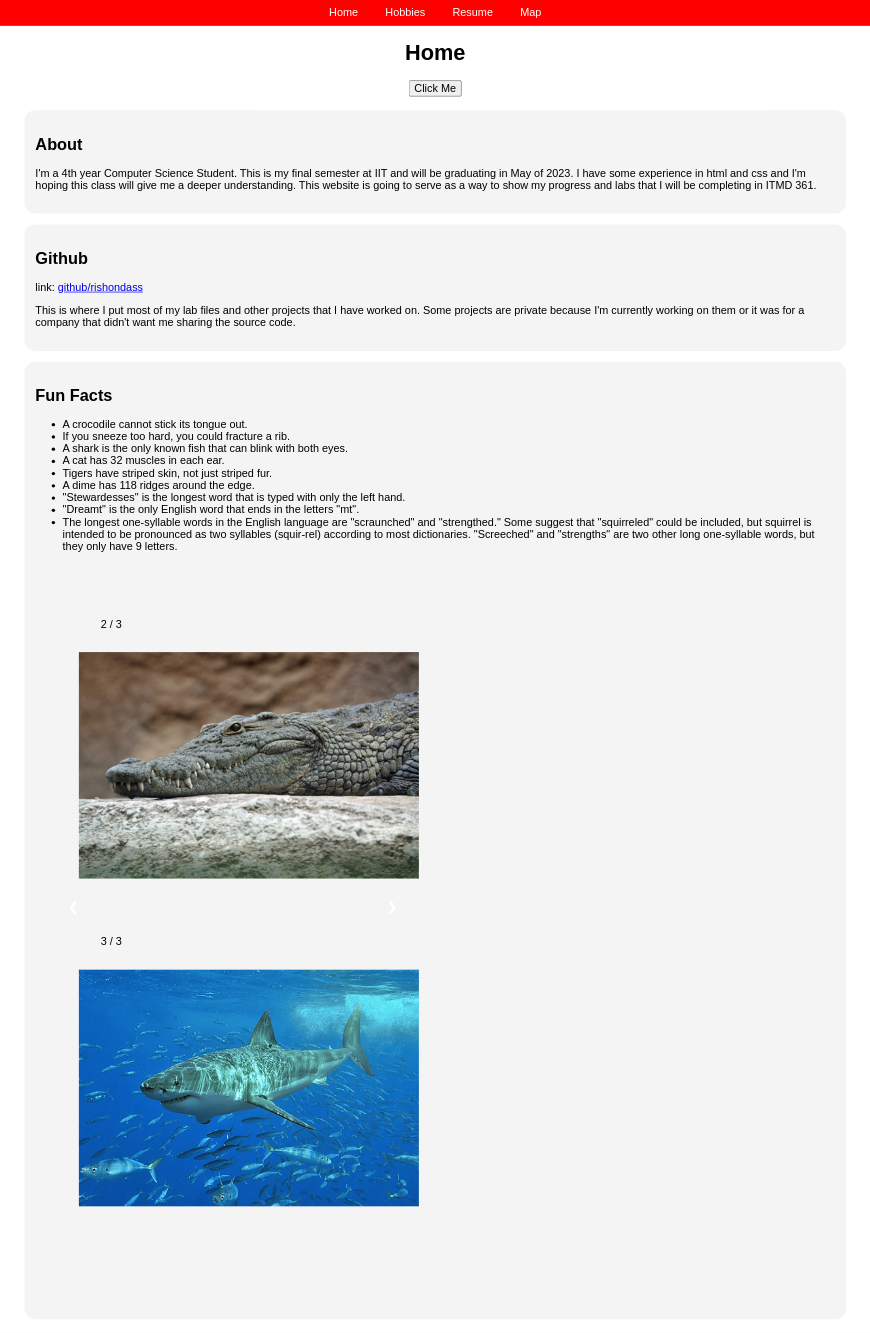
Repository: rishondass/ITMD361-Project3
Page: index.html
These files come from the project's save history. The page is drawn as it stood at one moment and after a run of saves; the edit follows.
The browser window is 1280 px wide. The pictures show the whole page, at 68% of full size.

Above is the page before, as saved 2023-04-28 18:22:37.

After the next 2 saves:
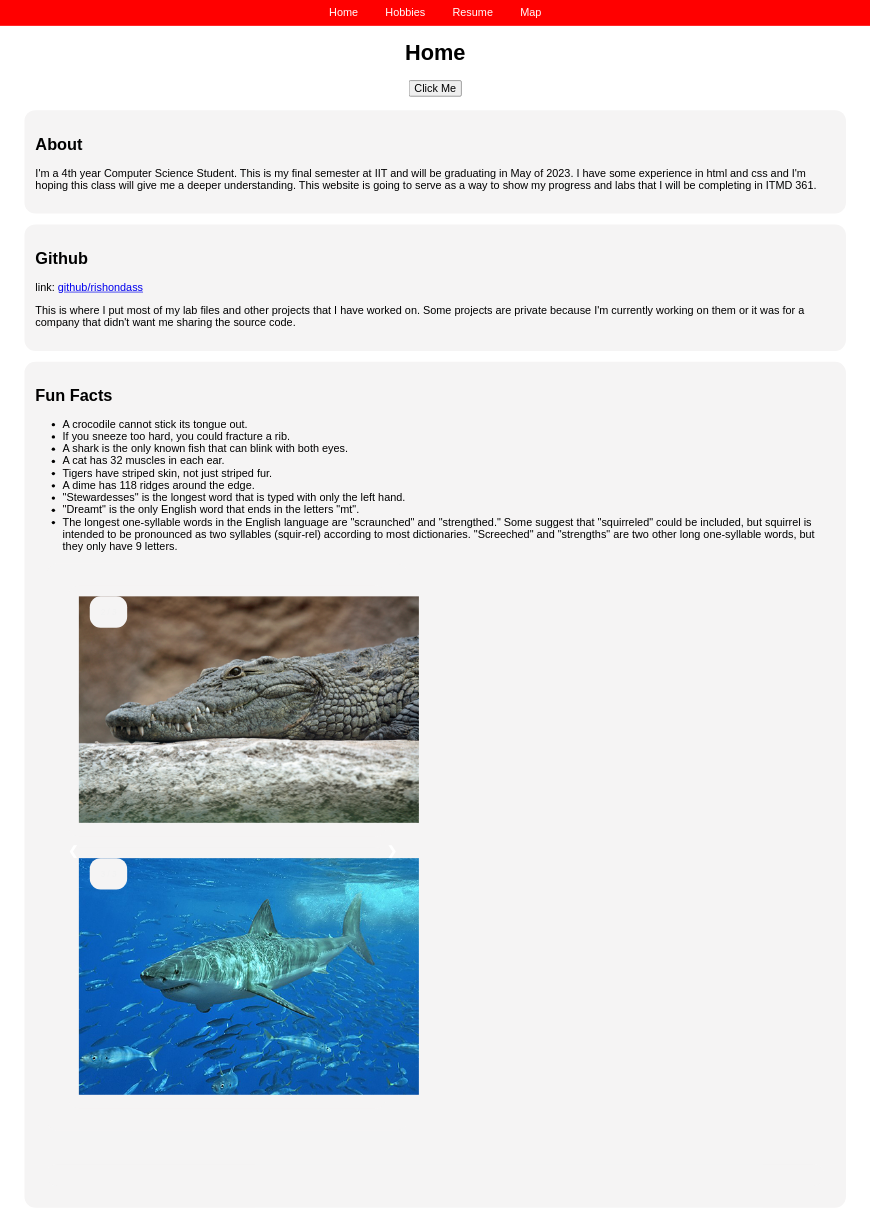
The 2 saves are shown as one change because they came seconds apart.
The last was saved 9 s later.
--- a/css/style.css
+++ b/css/style.css
@@ -140,3 +140,11 @@ To be added
 .prev:hover, .next:hover {
     background-color: rgba(0,0,0,0.8);
 }
+
+.numbertext {
+    color: #f2f2f2;
+    font-size: 12px;
+    padding: 8px 12px;
+    position: absolute;
+    top: 0;
+}
